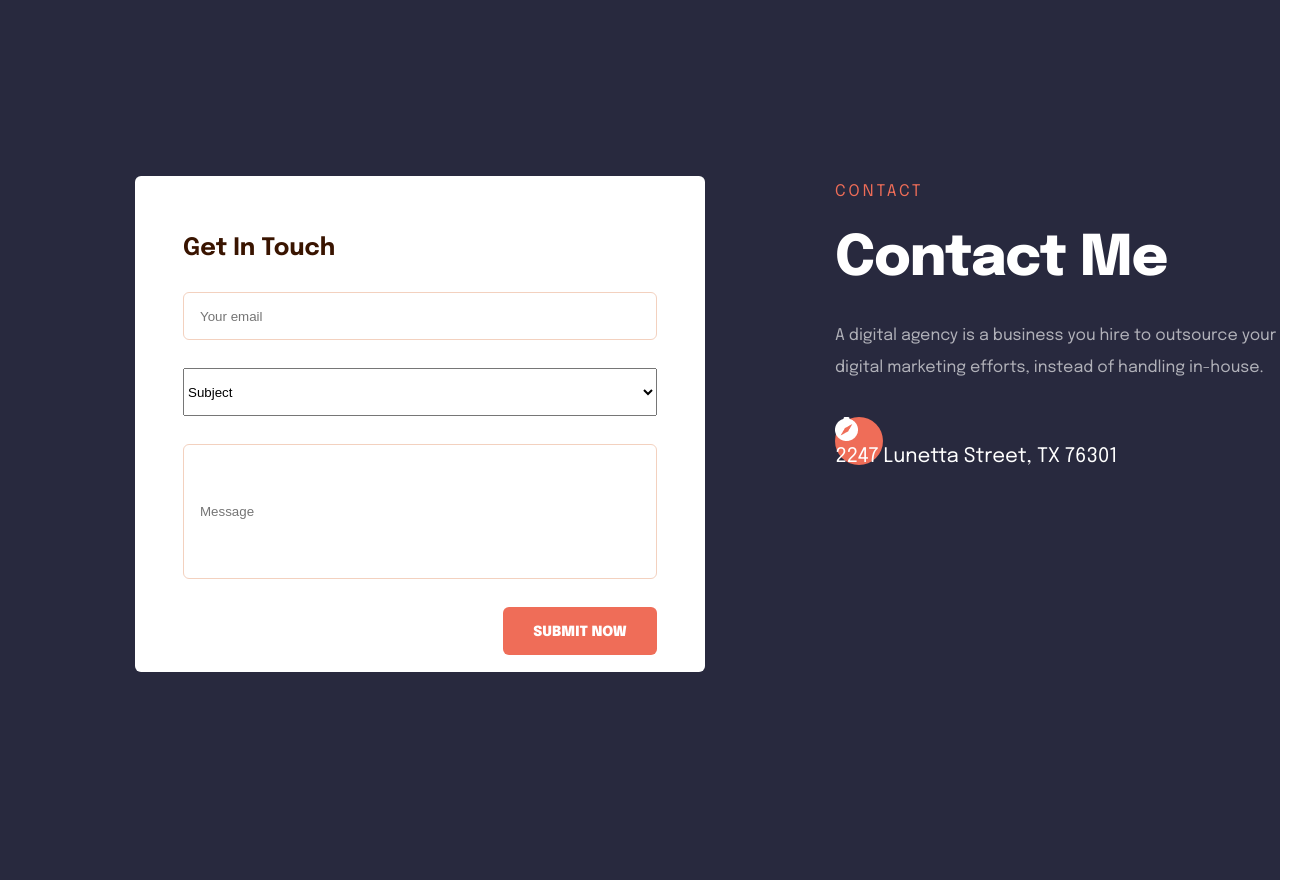
Repository: simralgasimov/contact-me
Page: index.html
An editor plug-in stored every save of this project. The page is shown before and after the next save, followed by the edit.
The browser window is 1280 px wide. The page is 1305 px wide, so the pictures cover 1305 px, including what lies to the right of the window. The pictures show the whole page.

Above is the page before, as saved 2023-10-04 13:26:44.

After the next save:
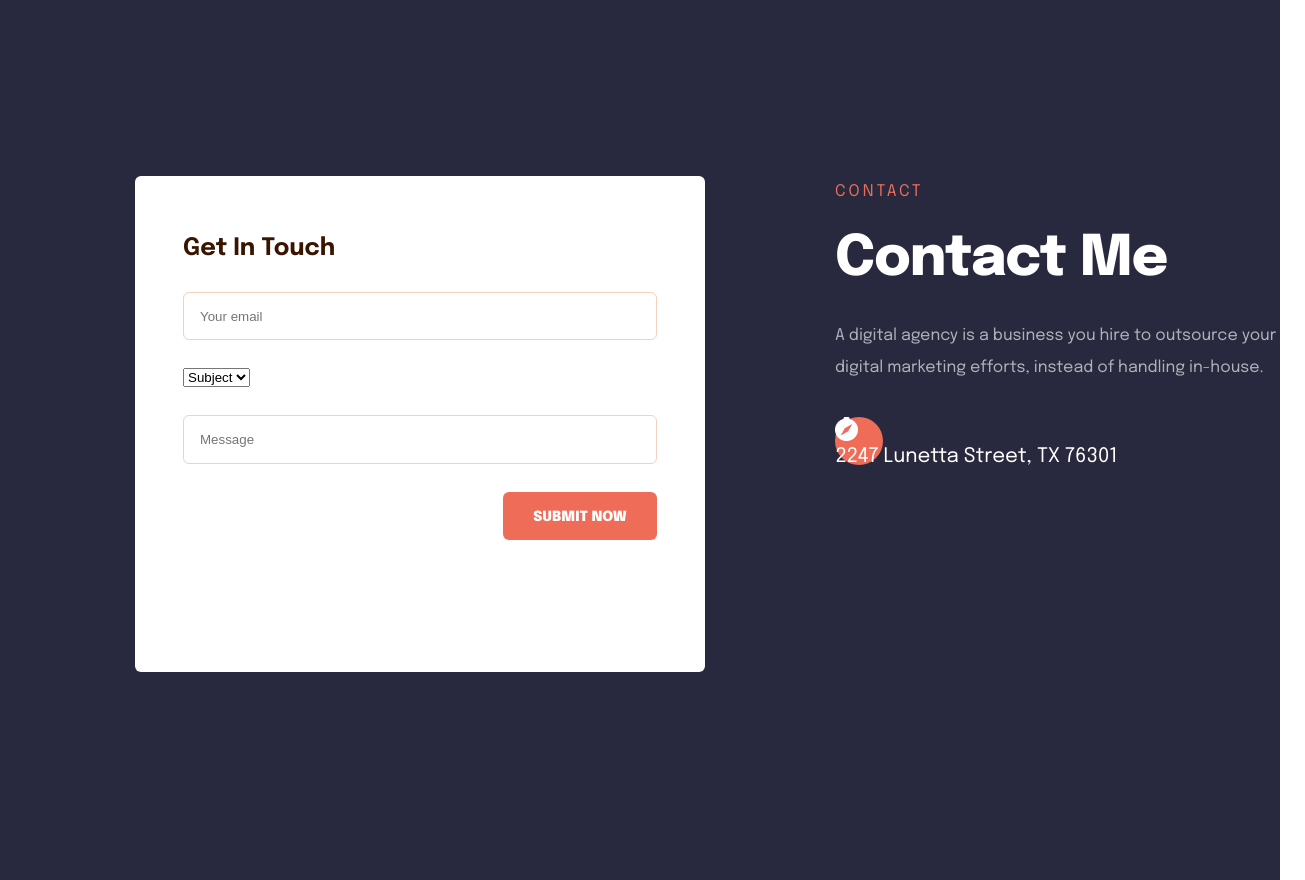
Saved 12 s later.
--- a/index.css
+++ b/index.css
@@ -54,7 +54,7 @@
   height: 48px;
 }
 
-.container  form [id="subject"] {
+/* .container  form [id="subject"] {
   width: 474px;
   height: 48px;
 }
@@ -62,7 +62,7 @@
 .container  form [type="textarea"] {
   width: 474px;
   height: 135px;
-}
+} */
 
 .container form button {
   width: 154px;
